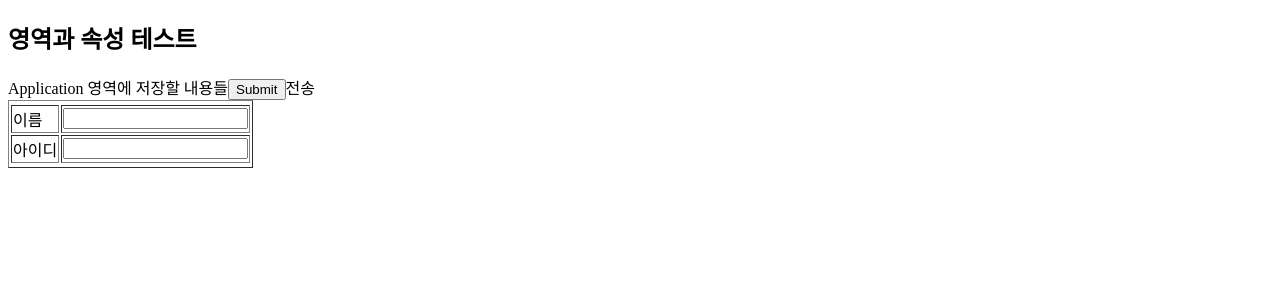
Repository: BancaKim/teamproject4
Page: http://localhost/JspDay3/JSPTEST2/dataTest1.jsp
An editor plug-in stored every save of this project. The page is shown before and after the next save, followed by the edit.
The browser window is 1280 px wide. The pictures show the whole page.
The page is served by Tomcat 9.

Above is the page before, as saved 2024-05-02 00:30:16.

### JspDay3/src/main/webapp/JSPTEST2/dataTest1.jsp
<%@ page language="java" contentType="text/html; charset=UTF-8"
    pageEncoding="UTF-8"%>
<!DOCTYPE html>
<html>
<head>
<meta charset="UTF-8">
<title>Insert title here</title>
</head>
<body>
	<h2>영역과 속성 테스트</h2>
	<form>
	<table border=1>
		<tr>
			<span>Application 영역에 저장할 내용들</span>
		</tr>
		<tr>
			<td>이름</td>
			<td><input type="text"></td>
		</tr>
		<tr>
			<td>아이디</td>
			<td><input type="text"></td>
		</tr>
		<tr>
			<input type="submit">전송
		</tr>
</table>


</form>
</body>
</html>

After the next save:
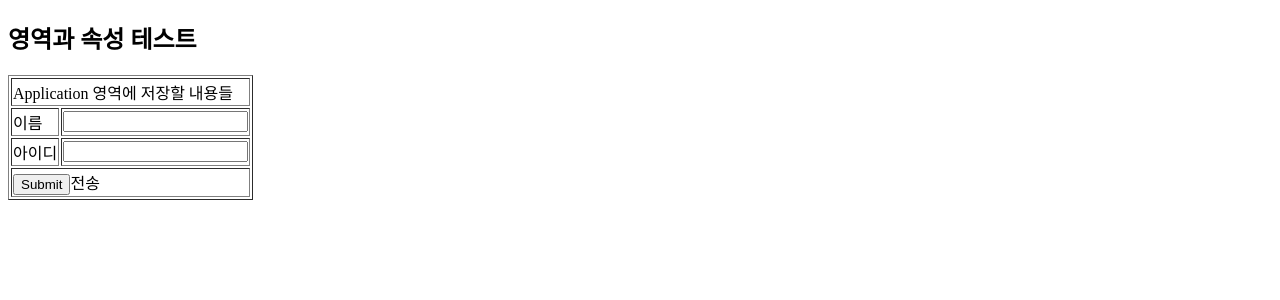
Saved 80 s later.
--- a/JspDay3/src/main/webapp/JSPTEST2/dataTest1.jsp
+++ b/JspDay3/src/main/webapp/JSPTEST2/dataTest1.jsp
@@ -9,9 +9,9 @@
 <body>
 	<h2>영역과 속성 테스트</h2>
 	<form>
-	<table border=1>
+	<table border="1">
 		<tr>
-			<span>Application 영역에 저장할 내용들</span>
+			<td colspan="2">Application 영역에 저장할 내용들</span></td>
 		</tr>
 		<tr>
 			<td>이름</td>
@@ -22,7 +22,7 @@
 			<td><input type="text"></td>
 		</tr>
 		<tr>
-			<input type="submit">전송
+			<td colspan="2">			<input type="submit">전송</td>
 		</tr>
 </table>
 
